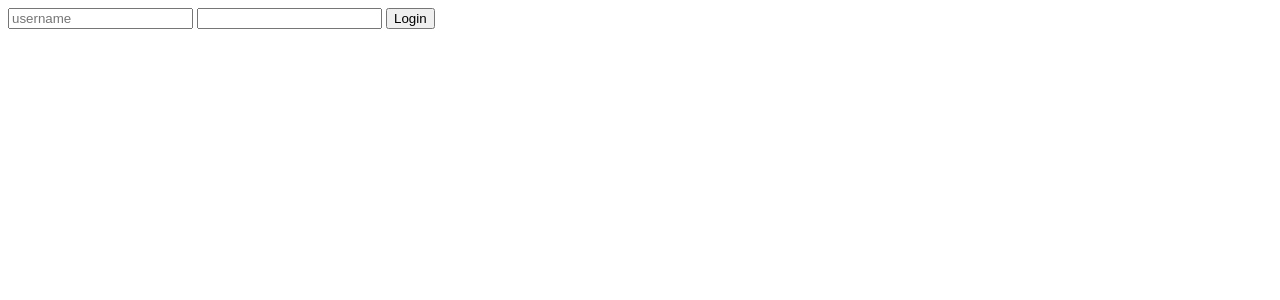
Repository: sasidhar1029/LocalFiles
Page: http://localhost/Electricity_Billing_System/
These files come from the project's save history. The page is drawn as it stood at one moment and after the next save; the edit follows.
The browser window is 1280 px wide. The pictures show the whole page.
The page is served by Tomcat 10.

Above is the page before, as saved 2026-02-25 06:34:17.

After the next save:
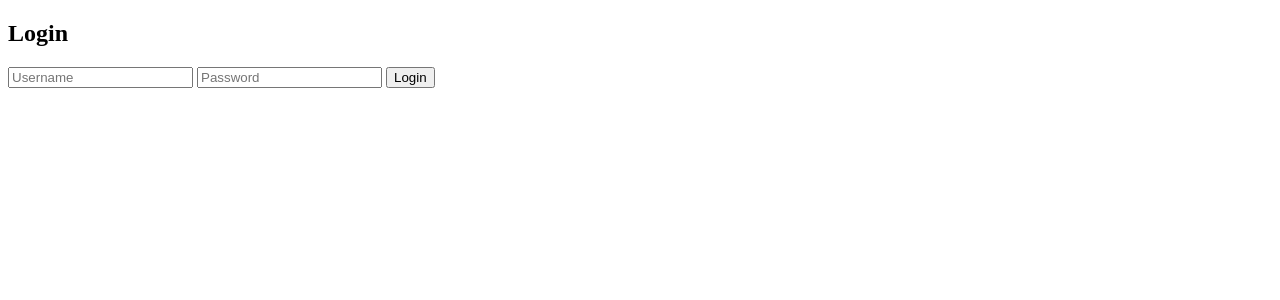
Saved 31 s later.
--- a/Electricity_Billing_System/src/main/webapp/login.jsp
+++ b/Electricity_Billing_System/src/main/webapp/login.jsp
@@ -7,10 +7,20 @@
 <title>Insert title here</title>
 </head>
 <body>
-	<form action="login" method="post">
-<input name="username" placeholder="username">
-<input name="password" type="password">
+	<h2>Login</h2>
+
+<form action="login" method="post">
+<input name="username" placeholder="Username">
+<input name="password" type="password" placeholder="Password">
 <button>Login</button>
 </form>
+
+<%
+if(request.getParameter("error")!=null){
+%>
+<p style="color:red">Invalid Login</p>
+<%
+}
+%>
 </body>
 </html>
